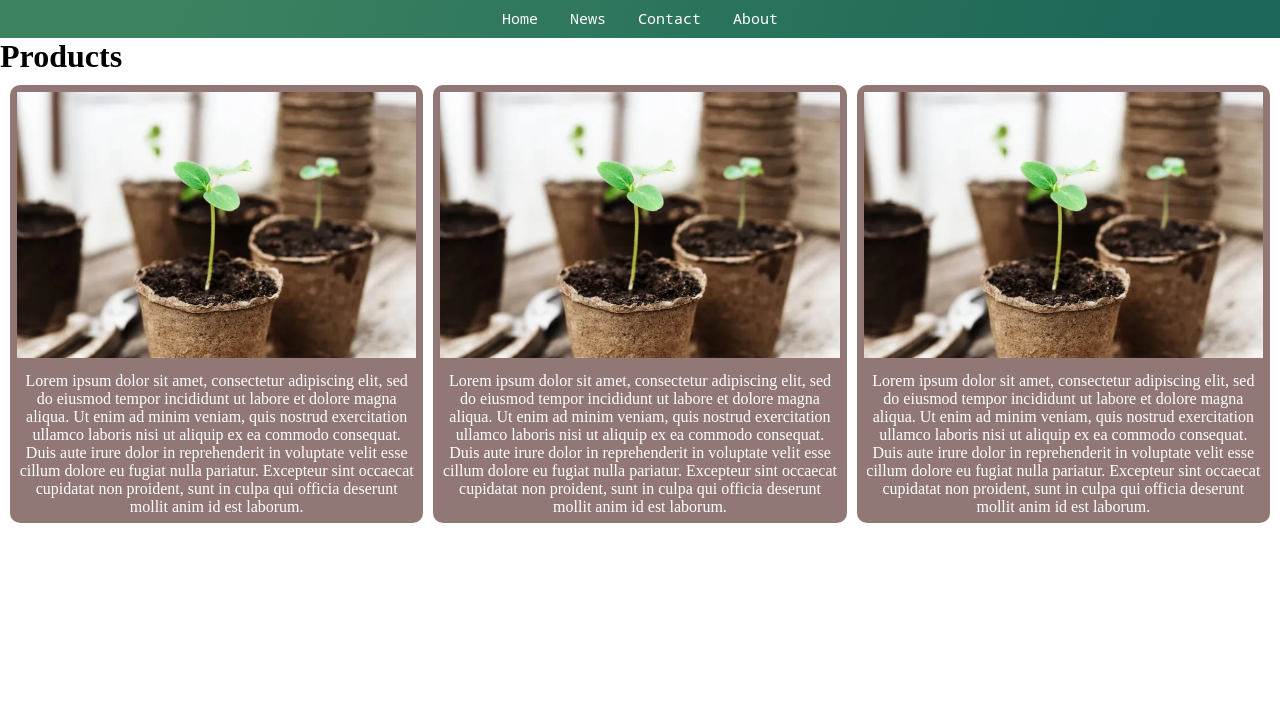
Repository: Flexo874/ISITECH-HTML-CSS
Page: index.html
An editor plug-in stored every save of this project. The page is shown before and after the next save, followed by the edit.
The browser window is 1280 px wide. The pictures show the whole page.

Above is the page before, as saved 2024-01-02 12:40:07.

After the next save:
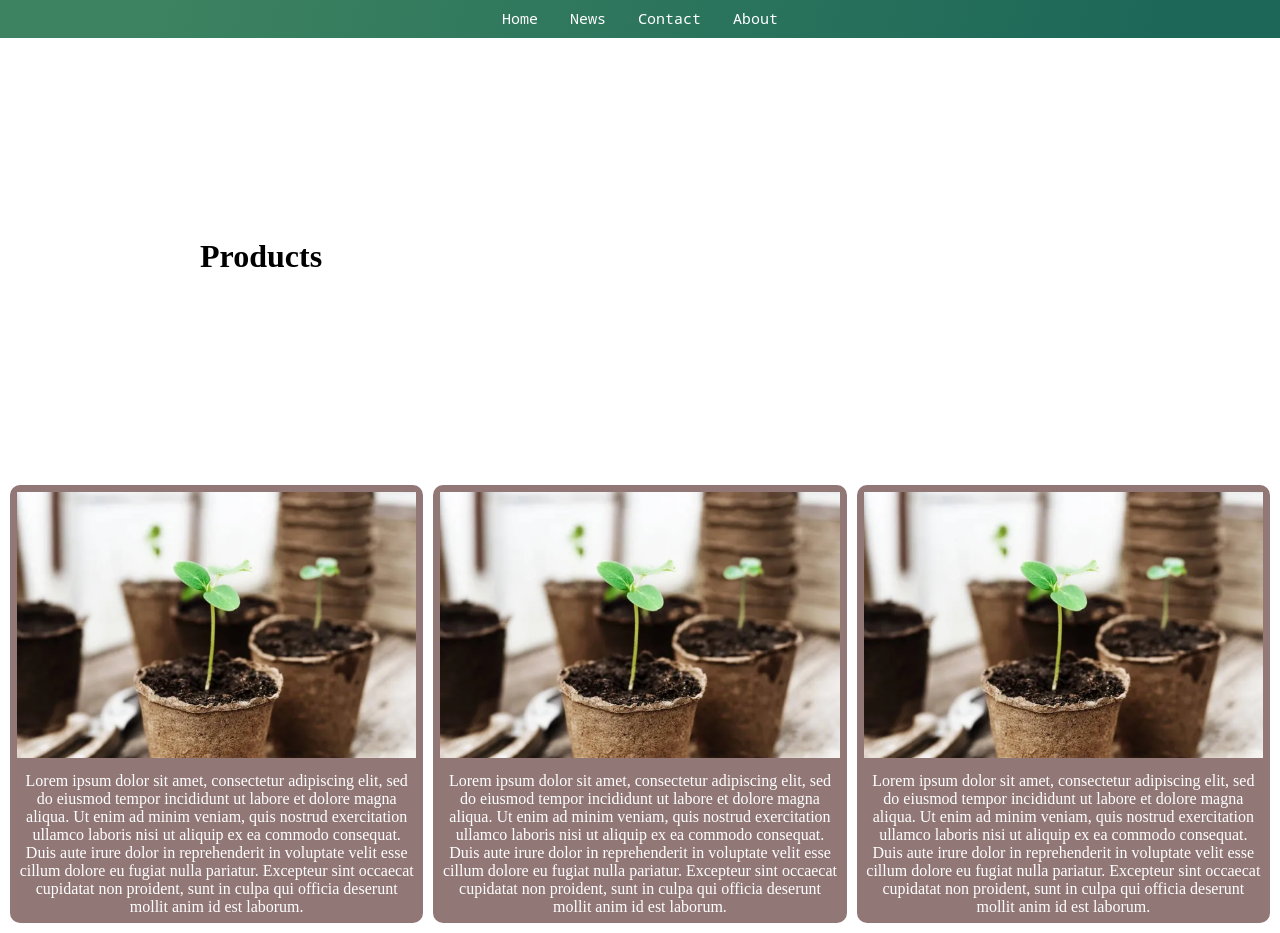
Saved 25 s later.
--- a/style.css
+++ b/style.css
@@ -45,7 +45,7 @@ li a:hover {
     padding: 10px;;
 }
 
-.h1 {
+h1 {
     margin: 200px;
 }
 .item {
